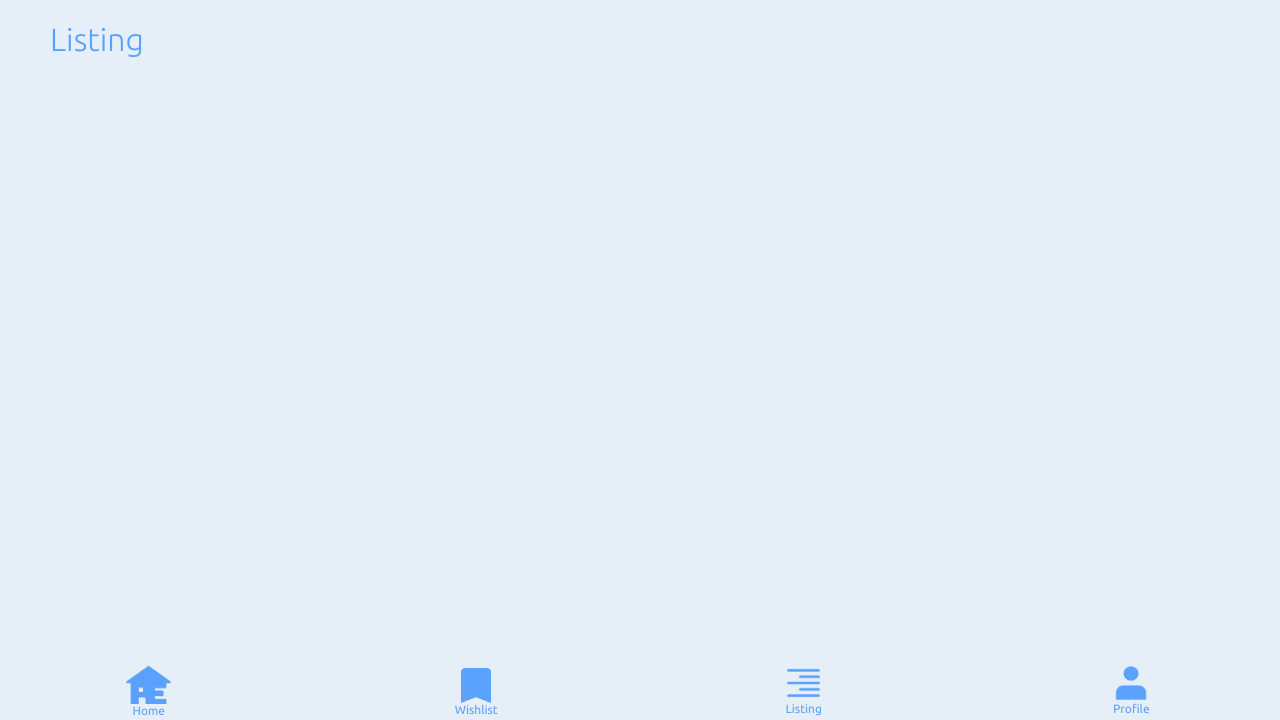
Repository: msyukurrr/realeasy
Page: /listing
The author's editor kept a copy of each file at every save. The page is drawn from the files as they stood at one save, then again after a run of saves.
The browser window is 1280 px wide. The pictures show the whole page.
The project was rebuilt for these pictures with package versions that can differ from the ones it lists, and the page was loaded fresh each time. The framework's server and built-in components were replaced by stand-ins that run in the browser. Also part of the build but not shown: next.config.js.

Above is the page before, as saved 2023-01-27 19:59:10.

### pages/listing.js
import Heading from "../components/Heading";
import NavBar from "../components/NavBar";


export default function Listing(){
    return(
        <>
        <Heading headingtxt="Listing"></Heading>
        <NavBar></NavBar>

        </>
    )
}

### styles/globals.css
@import url('https://fonts.googleapis.com/css2?family=Ubuntu:ital,wght@0,300;0,400;0,500;0,700;1,300;1,400;1,500;1,700&display=swap');

html,
body {
  padding: 0;
  margin: 0;
  font-family: "Ubuntu", sans-serif;
  background-color: #E6EEF8;
}

a {
  color: inherit;
  text-decoration: none;
}

* {
  box-sizing: border-box;
}

@media (prefers-color-scheme: dark) {
  html {
    color-scheme: dark;
  }
  body {
    color: white;
    background: E6EEF8;
  }
}

### components/Heading.js
import styled from "styled-components";

const Container = styled.div`
display: flex;
margin-left: 50px;
width: 300px;
height: 100px;

`

const Word = styled.h1`
color: #5AA1FD;
font-weight: ${props=>props.fontweight};
`

export default function Heading({
    h1="Recommended by people around you",
    fw="300",
    headingtxt="Recommended by people around you"
}){
    return<>
    <Container>
    <Word fontweight={fw}
    >{headingtxt}</Word>
    </Container>
    </>
}

### components/NavBar.js
import styled from "styled-components";
import Link from "next/link";

const NavBarCont = styled.div`
position: fixed;
bottom: 0;
width: 100%;
`
const NavCont = styled.nav`
display: flex;
justify-content: space-around;
width: 100%;
background-color: transparent;
height: 60px;
`
const HomeCont = styled.div`
width: 50px;
height: 50px;
display:flex;
flex-direction: column;
justify-content: center;
align-items: center;
margin-top: ${props=>props.margintop};
`
const WishlistCont = styled.div`
width: 50px;
height: 50px;
display:flex;
flex-direction: column;
justify-content: center;
align-items: center;
margin-left: 30px;
margin-top: ${props=>props.margintop};
margin-bottom: ${props=>props.marginbottom};
`
const ListingCont = styled.div`
width: 50px;

display:flex;
flex-direction: column;
justify-content: center;
align-items: center;
margin-left: 30px;
margin-top: ${props=>props.margintop};
`
const ProfileCont = styled.div`
display:flex;
margin-left: 30px;
margin-top: ${props=>props.margintop};
`

const Icon = styled.img`
display: flex;
justify-content: center;
height: ${props=>props.height};
width: ${props=>props.width};
display: flex;
`

const NavList = styled.span`
display: flex;
align-self: center;
color: #5AA1FD;
font-size: 12px;
`


export default function NavBar({
    mt="5px",
    mb=""
}){
    return <NavBarCont>
    <NavCont>
        <Link href="/">
            <HomeCont margintop="6px">
                <Icon src='./logo.png' height="45px" width="45px"/>
                <NavList>Home</NavList>
            </HomeCont>
        </Link>
        <Link href="/wishlist">
            <WishlistCont margintop="7px">
                <Icon src='./wishlist.png' height="35px" width="30px"></Icon>
                <NavList>Wishlist</NavList>
            </WishlistCont>
        </Link>
        <Link href="/listing">
            <ListingCont margintop="4px">
                <Icon src='./listing.png' height="38px" width="45px"></Icon>
                <NavList>Listing</NavList>
            </ListingCont>
        </Link>
        <Link href="/profile">
            <ListingCont margintop="4px">
                <Icon src='./user.png' height="38px" width="40px"></Icon>
                <NavList>Profile</NavList>
            </ListingCont>
        </Link>
    </NavCont>
    </NavBarCont>
}

### styles/Home.module.css
.container {
  padding: 0 2rem;
}

.main {
  min-height: 100vh;
  padding: 4rem 0;
  flex: 1;
  display: flex;
  flex-direction: column;
  justify-content: center;
  align-items: center;
}


.listing {
  min-height: 100vh;
  padding: 4rem 0;
  flex: 1;
  display: flex;
  flex-direction: column;
  justify-content: center;
  align-items: center;
  background-image: linear-gradient(#5AA1FD, white);
}

.footer {
  display: flex;
  flex: 1;
  padding: 2rem 0;
  border-top: 1px solid #eaeaea;
  justify-content: center;
  align-items: center;
}

.footer a {
  display: flex;
  justify-content: center;
  align-items: center;
  flex-grow: 1;
}

.title a {
  color: #0070f3;
  text-decoration: none;
}

.title a:hover,
.title a:focus,
.title a:active {
  text-decoration: underline;
}

.title {
  margin: 0;
  line-height: 1.15;
  font-size: 4rem;
}

.title,
.description {
  text-align: center;
}

.description {
  margin: 4rem 0;
  line-height: 1.5;
  font-size: 1.5rem;
}

.code {
  background: #fafafa;
  border-radius: 5px;
  padding: 0.75rem;
  font-size: 1.1rem;
  font-family: Menlo, Monaco, Lucida Console, Liberation Mono, DejaVu Sans Mono,
    Bitstream Vera Sans Mono, Courier New, monospace;
}

.grid {
  display: flex;
  align-items: center;
  justify-content: center;
  flex-wrap: wrap;
  max-width: 800px;
}

.card {
  margin: 1rem;
  padding: 1.5rem;
  text-align: left;
  color: inherit;
  text-decoration: none;
  border: 1px solid #eaeaea;
  border-radius: 10px;
  transition: color 0.15s ease, border-color 0.15s ease;
  max-width: 300px;
}

.card:hover,
.card:focus,
.card:active {
  color: #0070f3;
  border-color: #0070f3;
}

.card h2 {
  margin: 0 0 1rem 0;
  font-size: 1.5rem;
}

.card p {
  margin: 0;
  font-size: 1.25rem;
  line-height: 1.5;
}

.logo {
  height: 1em;
  margin-left: 0.5rem;
}

@media (max-width: 600px) {
  .grid {
    width: 100%;
    flex-direction: column;
  }
}

@media (prefers-color-scheme: dark) {
  .card,
  .footer {
    border-color: #222;
  }
  .code {
    background: #111;
  }
  .logo img {
    filter: invert(1);
  }
}

Loaded but not shown: pages/_app.js (common file)

After the next 2 saves:
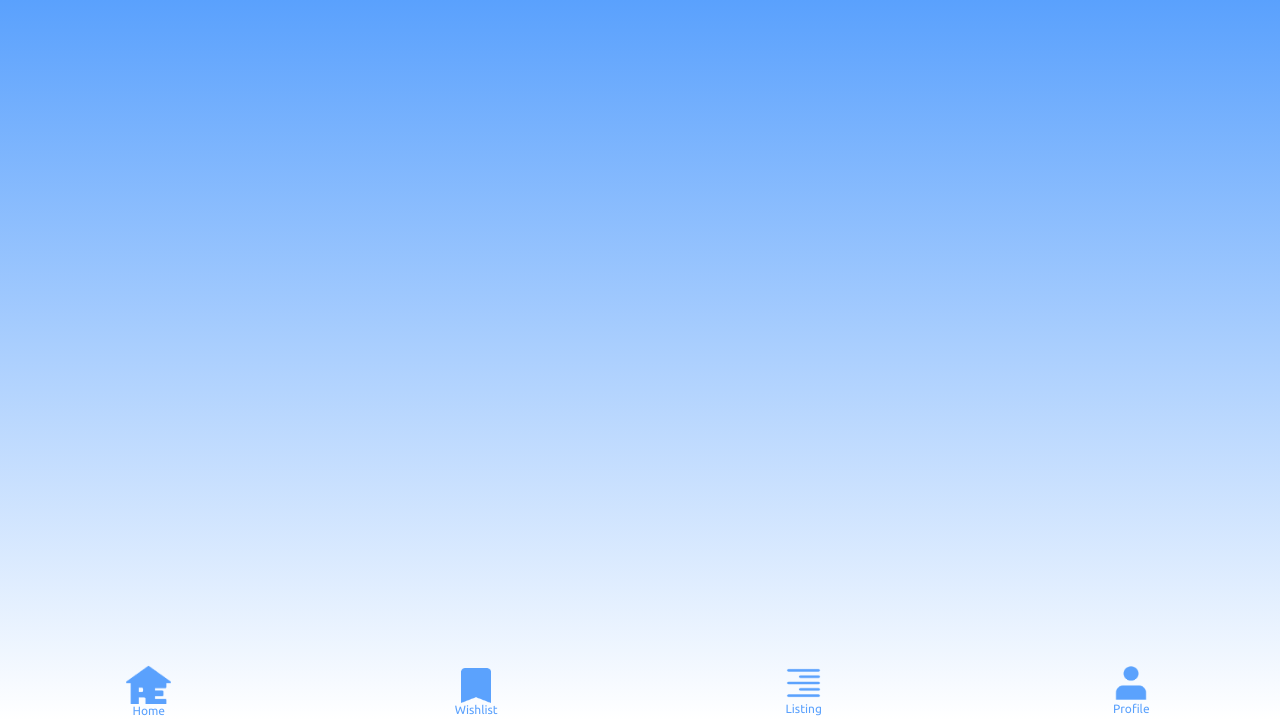
The 2 saves are shown as one change because 1 did not build or start.
The last was saved 2 min 15 s later.
--- a/pages/listing.js
+++ b/pages/listing.js
@@ -1,11 +1,24 @@
 import Heading from "../components/Heading";
 import NavBar from "../components/NavBar";
+import styles from "../styles/Home.module.css"
 
 
 export default function Listing(){
     return(
-        <>
-        <Heading headingtxt="Listing"></Heading>
+        <><div className={styles.listing}>
+
+
+
+
+
+
+
+
+
+
+
+
+        </div>
         <NavBar></NavBar>
 
         </>
